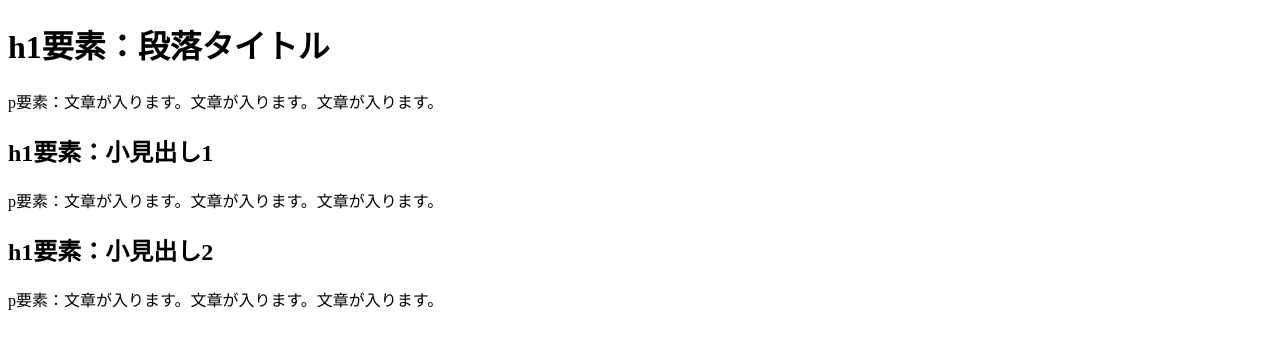
Repository: KENRYU-96645/samurai_HTML-CSS
Page: index.html
The author's editor kept a record of every edit. The page is drawn from the files as they stood at one moment, then again after the next edit.
The browser window is 1280 px wide. The pictures show the whole page.

Above is the page before.

After the next edit:
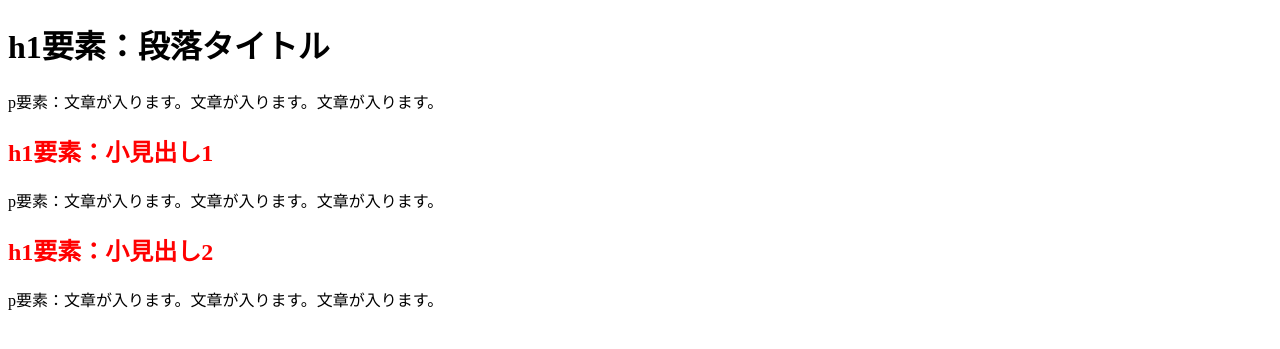
The edit:
--- a/index.html
+++ b/index.html
@@ -3,6 +3,11 @@
 <head>
   <meta charset="UTF-8">
   <title>HTML/CSSの学習</title>
+  <style>
+    h2 {
+      color: red;
+    }
+  </style>
 </head>
 <body>
   <h1>h1要素：段落タイトル</h1>
